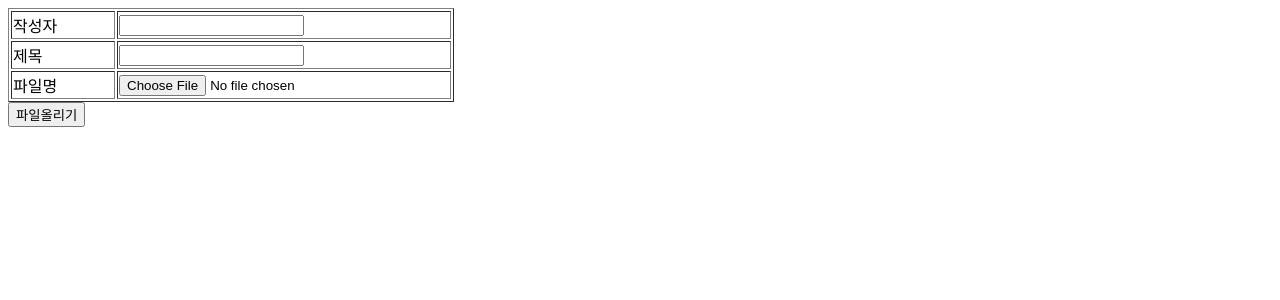
Repository: matodale/StudyJSP
Page: http://localhost/StudyJSP/ch14upload/fileForm.jsp
These files come from the project's save history. The page is drawn as it stood at one moment and after the next save; the edit follows.
The browser window is 1280 px wide. The pictures show the whole page.
The page is served by Tomcat 9. Other server files are loaded and not shown.

Above is the page before, as saved 2022-12-25 10:09:20.

### StudyJSP/src/main/webapp/ch14upload/fileForm.jsp
<%@ page language="java" contentType="text/html; charset=UTF-8"
    pageEncoding="UTF-8"%>
<!DOCTYPE html>
<html>
<head>
<meta charset="UTF-8">
<title>파일 업로드 예제</title>
</head>
<body>
	<form name="fileForm" method="post" enctype="multipart/form-data" action="fileUpload.jsp">
		<table border="1">
			<tr>
				<td width="100" align="left">작성자</td>
				<td width="330" align="left"><input type="text" name="user"></td>
			</tr>
			<tr>
				<td width="100" align="left">제목</td>
				<td width="330" align="left"><input type="text" name="title"></td>
			</tr>
			<tr>
				<td width="100" align="left">파일명</td>
				<td width="330" align="left"><input type="file" name="uploadFile"></td>
			</tr>
		</table>
		<input type="submit" value="파일올리기">
	</form>
</body>
</html>

After the next save:
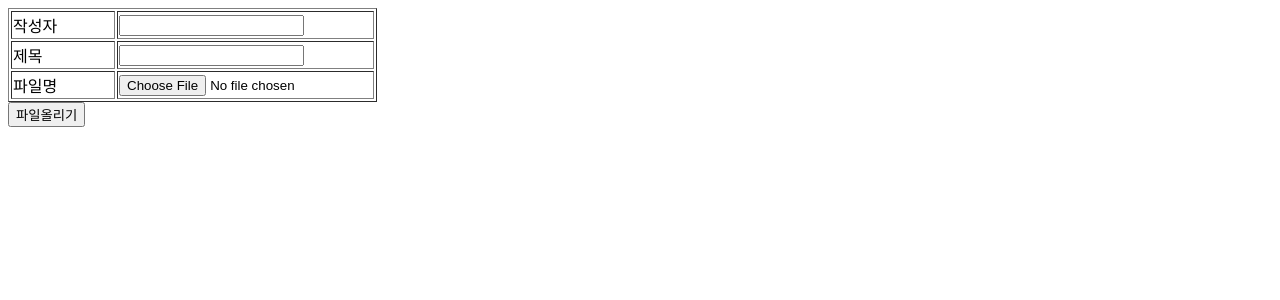
Saved 13 s later.
--- a/StudyJSP/src/main/webapp/ch14upload/fileForm.jsp
+++ b/StudyJSP/src/main/webapp/ch14upload/fileForm.jsp
@@ -11,15 +11,15 @@
 		<table border="1">
 			<tr>
 				<td width="100" align="left">작성자</td>
-				<td width="330" align="left"><input type="text" name="user"></td>
+				<td width="250" align="left"><input type="text" name="user"></td>
 			</tr>
 			<tr>
 				<td width="100" align="left">제목</td>
-				<td width="330" align="left"><input type="text" name="title"></td>
+				<td width="250" align="left"><input type="text" name="title"></td>
 			</tr>
 			<tr>
 				<td width="100" align="left">파일명</td>
-				<td width="330" align="left"><input type="file" name="uploadFile"></td>
+				<td width="250" align="left"><input type="file" name="uploadFile"></td>
 			</tr>
 		</table>
 		<input type="submit" value="파일올리기">
